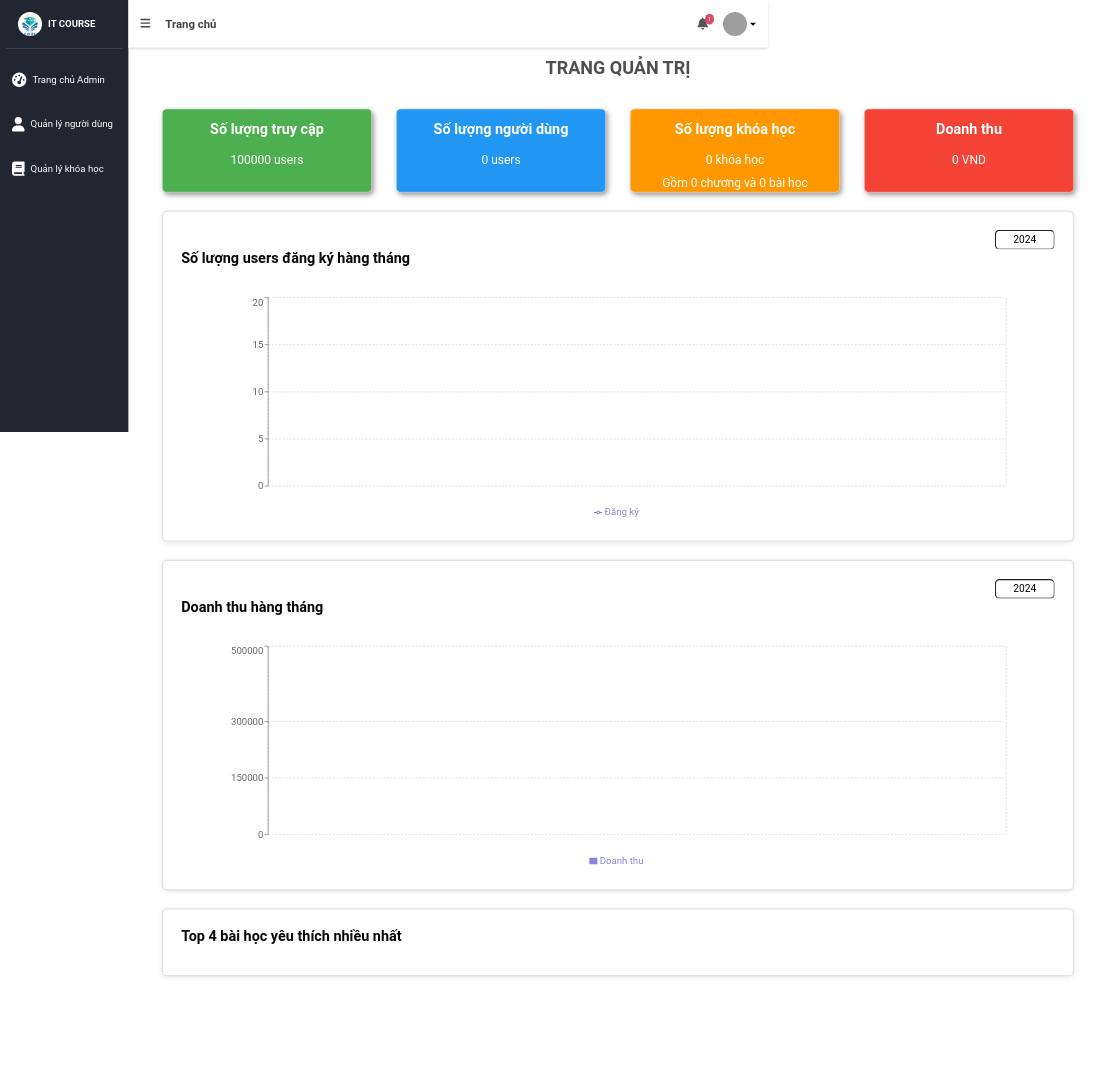
Repository: dungnm3107/CourseReactFE
Page: /admin
These files come from the project's save history. The page is drawn as it stood at one moment and after a run of saves; the edit follows.
The browser window is 1280 px wide. The page is 1840 px wide, so the pictures cover 1840 px, including what lies to the right of the window. The pictures show the whole page, at 60% of full size.
Pictures or frames that could not be fetched are drawn as grey boxes. The page's requests for data from a server got no answer. Some web libraries are served in a nearby version. The project was rebuilt for these pictures with package versions that can differ from the ones it lists, and the page was loaded fresh each time. No one was signed in, and anything a server would have sent is missing. Also part of the build but not shown: vite.config.ts, src/assets/css/course.css, src/components/slide/AdvertBanner.tsx, src/components/course/CardItemFree.tsx, src/components/course/CardList.tsx, src/components/course/CardItem.tsx, src/components/course/CardListPro.tsx, src/components/course/CardListVideo.tsx and 36 more.

Above is the page before, as saved 2024-11-07 23:15:16.

### index.html
<!DOCTYPE html>
<html lang="en">
  <head>
  <!-- Google tag (gtag.js) -->
<!-- <script async src="https://www.googletagmanager.com/gtag/js?id=G-TP6DLB1V9Q"></script> -->
<script>
  window.dataLayer = window.dataLayer || [];
  function gtag(){dataLayer.push(arguments);}
  gtag('js', new Date());

  gtag('config', 'G-TP6DLB1V9Q');
</script>
    <meta charset="UTF-8" />
    <link rel="icon" type="image/svg+xml" href="/vite.svg" />
    <meta name="viewport" content="width=device-width, initial-scale=1.0" />
    <title>Nền tảng khóa học IT</title>
    <link
      href="https://cdn.jsdelivr.net/npm/bootstrap@5.0.2/dist/css/bootstrap.min.css"
      rel="stylesheet"
      integrity="sha384-EVSTQN3/azprG1Anm3QDgpJLIm9Nao0Yz1ztcQTwFspd3yD65VohhpuuCOmLASjC"
      crossorigin="anonymous"
    />
    <!-- MDB -->
    <link
      href="https://cdnjs.cloudflare.com/ajax/libs/mdb-ui-kit/6.4.2/mdb.min.css"
      rel="stylesheet"
    />
    <!-- Icon -->
    <link
      href="https://cdnjs.cloudflare.com/ajax/libs/font-awesome/6.0.0/css/all.min.css"
      rel="stylesheet"
    />
    <link
      rel="stylesheet"
      href="https://cdnjs.cloudflare.com/ajax/libs/font-awesome/5.15.3/css/all.min.css"
    />
    <link
      rel="stylesheet"
      href="https://fonts.googleapis.com/icon?family=Material+Icons"
    />
  </head>
  <body>
    <div id="root"></div>
    <script type="module" src="/src/main.tsx"></script>
    <script
      type="text/javascript"
      src="https://cdnjs.cloudflare.com/ajax/libs/mdb-ui-kit/6.4.2/mdb.min.js"
    ></script>
    <!-- Boostrap -->
    <script
      src="https://cdn.jsdelivr.net/npm/bootstrap@5.0.2/dist/js/bootstrap.bundle.min.js"
      integrity="sha384-MrcW6ZMFYlzcLA8Nl+NtUVF0sA7MsXsP1UyJoMp4YLEuNSfAP+JcXn/tWtIaxVXM"
      crossorigin="anonymous"
    ></script>
  </body>
</html>

### src/App.tsx
import AppRouter from "./navigation/AppRouter";
import { AuthProvider } from "./service/AuthContext";
import { GoogleOAuthProvider } from "@react-oauth/google";
import { GOOGLE_CLIENT_ID } from "./constants/Constants";
import ReactGA from 'react-ga4';
import React from 'react';

const MEASUREMENT_ID = "G-TP6DLB1V9Q";

function App() {
  ReactGA.initialize([
    {
      trackingId: MEASUREMENT_ID
    }
  ])

  React.useEffect(() => {
    ReactGA.send({
      hitType: "pageview",
      page: window.location.pathname
    })
  }, [])

  return (
    <GoogleOAuthProvider clientId={GOOGLE_CLIENT_ID}>
      <AuthProvider>
        <div className="App">
          <AppRouter />
        </div>
      </AuthProvider>
    </GoogleOAuthProvider>
  );
}

export default App;

### src/constants/Constants.ts
export const BASE_API_URL = "http://localhost:8080";
export const GOOGLE_CLIENT_ID= "648756029312-8orvs5q0p7fjdv3pulbe0cc2gkq0eve2.apps.googleusercontent.com"

### src/pages/SignIn/LoginModal.tsx
import React from 'react';
import { Modal, Box, IconButton } from '@mui/material';
import CloseIcon from '@mui/icons-material/Close';
import SignIn from './SignIn';

interface LoginModalProps {
  open: boolean;
  onClose: () => void;
  onSwitchToSignUp: () => void;
  onSuccessfulLogin: () => void;
}

const LoginModal: React.FC<LoginModalProps> = ({ open, onClose, onSwitchToSignUp }) => {
  return (
    <Modal
      open={open}
      onClose={onClose}
      aria-labelledby="login-modal"
      aria-describedby="login-modal-description"
    >
      <Box sx={{
        position: 'absolute',
        top: '50%',
        left: '50%',
        transform: 'translate(-50%, -50%)',
        width: 600,
        height: 800,
        bgcolor: 'background.paper',
        boxShadow: 24,
        p: 4,
        overflow: 'hidden',
      }}>
        <IconButton
          aria-label="close"
          onClick={onClose}
          sx={{
            position: 'absolute',
            right: 8,
            top: 8,
            color: (theme) => theme.palette.grey[500],
          }}
        >
          <CloseIcon />
        </IconButton>
        <SignIn onSwitchToSignUp={onSwitchToSignUp} onSuccessfulLogin={onClose} />
      </Box>
    </Modal>
  );
};

export default LoginModal;

### src/pages/SignUp/SignUpModal.tsx
import React from "react";
import { Modal, Box, IconButton } from "@mui/material";
import CloseIcon from '@mui/icons-material/Close';
import SignUp from "./SignUp";

interface SignUpModalProps {
  open: boolean;
  onClose: () => void;
  onSwitchToLogin: () => void;
}

const SignUpModal: React.FC<SignUpModalProps> = ({
  open,
  onClose,
  onSwitchToLogin,
}) => {
  return (
    <Modal
      open={open}
      onClose={onClose}
      aria-labelledby="signup-modal"
      aria-describedby="signup-modal-description"
    >
      <Box sx={{
        position: "absolute",
        top: "50%",
        left: "50%",
        transform: "translate(-50%, -50%)",
        width: 600,
        height: 800,
        bgcolor: "background.paper",
        boxShadow: 24,
        p: 4,
        overflow: "hidden",
      }}>
        <IconButton
          aria-label="close"
          onClick={onClose}
          sx={{
            position: 'absolute',
            right: 8,
            top: 8,
            color: (theme) => theme.palette.grey[500],
          }}
        >
          <CloseIcon />
        </IconButton>
        <SignUp onSwitchToLogin={onSwitchToLogin} onSuccessfulSignUp={onClose} />
      </Box>
    </Modal>
  );
};

export default SignUpModal;

### src/config/axios.tsx
import axios from 'axios';
import { BASE_API_URL } from '../constants/Constants';

export default axios.create({
  baseURL: BASE_API_URL,
});

### src/components/layout/AdminLayout.tsx
import React, { useState } from "react";
import AdminNavBar from "../navbar/AdminNavBar";
import AdminSideBar from "../sidebar/AdminSideBar";
import "../../assets/css/adminLayout.css";

interface AdminLayoutProps {
  children: React.ReactNode;
  avatar: string | null;
  role: string | null;
}

const AdminLayout: React.FC<AdminLayoutProps> = ({
  children,
  avatar,
  role,
}) => {
  const [isSidebarOpen, setIsSidebarOpen] = useState(true);

  const toggleSidebar = () => {
    setIsSidebarOpen(prev => !prev);
  };

  return (
    <div>
      <AdminNavBar
        avatar={avatar || ""}
        role={role || ""}
        toggleSidebar={toggleSidebar}
        isSidebarOpen={isSidebarOpen}
      />
      <div className="admin-layout-content-wrapper">
        <div className={`admin-layout-sidebar-container ${isSidebarOpen ? 'open' : 'closed'}`}>
          <AdminSideBar isOpen={isSidebarOpen} toggleSidebar={toggleSidebar} />
        </div>
        <main className={`admin-content ${isSidebarOpen ? '' : 'collapsed'}`}>
          {children}
        </main>
      </div>
    </div>
  );
};
export default AdminLayout;

### src/assets/css/dashboard.css
.content h1 {
  margin-top: 15px;
  font-size: 30px;
  margin-left:20px;
  text-align: center;
  margin-bottom: 50px;
}
.db-container-content{
  margin-right: 50px;
}

.dashboard-cards {
  display: flex;
  justify-content: space-between;
  gap: 20px;
  margin-top: 20px;
}

.admin-card {
  width: 350px;
  height: 140px;
  border-radius:8px;
  box-shadow: 3px 4px 8px rgba(55, 52, 52, 0.5);
  padding: 20px;
  transition: box-shadow 0.3s, transform 0.3s;
  color: white;
  background-color: #4CAF50;
  margin-left: 20px;
  text-align: center;
  border: 1px solid #e7d8d8;
}

.admin-card h2, .admin-card p {
  color: white;
}
.admin-card p{
  font-size: 20px;
}

.admin-card:hover {
  box-shadow: 0 6px 12px rgba(0, 0, 0, 0.3);
  transform: translateY(-5px);
}

.chart-container {
  background-color: #fff;
  border-radius: 8px;
  box-shadow: 0 2px 10px rgba(0, 0, 0, 0.1);
  padding: 30px;
  margin-top: 30px;
  margin-left:20px;
  margin-bottom:30px;
  border: 2px solid #e0e0e0;

}


.date-picker-container {
  top: 50px;
  right: 20px;
  text-align: right;
}
.react-datepicker__input-container input {
  text-align: center;
  width: 100%;
  border-radius: 8px;
  width: 100px;
  font-size: 17px;

}
.chart-container h2 {
  margin-bottom: 20px;

}

.recharts-wrapper {
  margin-left: 80px;
}

.favorite-lessons-grid {
  display: flex;
  flex-wrap: wrap;
  justify-content: space-between; /* Align items in a row */
  margin-top: 20px;
}

.favorite-lesson-card {
  width: 23%; /* Adjust width to fit 4 items in a row */
  margin-bottom: 20px;
  cursor: pointer; /* Change cursor to pointer for clickable items */
  text-align: center; /* Center align text */
}

.video-thumbnail {
  width: 100%; /* Make video responsive */
  height: auto; /* Maintain aspect ratio */
  border-radius: 8px; /* Rounded corners */
}

.video-title {
  margin-top: 10px; /* Space between video and title */
  font-size: 16px; /* Adjust title font size */
  color: #333; /* Title color */
}

### src/assets/css/chapterManagement.css
.container-content {
  width: 100%;
  text-align: center;
  margin-top: 20px;
  padding: 0 20px;
  box-sizing: border-box;
}

h1 {
  font-size: 34px;
  font-weight: bold;
  margin-bottom: 20px;

}

.chapter-table-container {
  overflow-x: auto;
  background-color: white;
  border-radius: 4px;
  box-shadow: 0 1px 3px rgba(0, 0, 0, 0.2);
  margin-right: 30px;
}

.chapter-table {
  width: 100%;
  border-collapse: collapse;
  background-color: white;
  border: 1px solid #ddd;
}

.chapter-table th {
  background-color: #d7d5d5;
  padding: 12px 15px;
  text-align: center;
  border-bottom: 2px solid #ddd;
  border-right: 1px solid #ddd;
  white-space: nowrap;
  font-weight: bold;
  color: #333;
}

.chapter-table td {
  padding: 12px 15px;
  border-bottom: 1px solid #ddd;
  border-right: 1px solid #ddd;
  vertical-align: middle;
  text-align: center;
}

.col-id {
  width: 5%;
  min-width: 50px;
}

.col-title {
  width: 20%;
  min-width: 150px;
}

.col-desc {
  width: 35%;
  min-width: 200px;
}

.col-sequence {
  width: 10%;
  min-width: 80px;
}

.col-lessons {
  width: 10%;
  min-width: 70px;
}

.col-actions {
  width: 20%;
  min-width: 120px;
}

.action-buttons {
  display: flex;
  gap: 5px;
  flex-wrap: wrap;
  justify-content: center;
}

.chapter-table tbody tr:hover {
  background-color: #f8f8f8;
}

.chapter-button-container {
  display: flex;
  justify-content: flex-end;
  margin-top: 30px;
  margin-right: 30px;
  margin-bottom: 20px;
}

button {
  padding: 10px 20px;
  background-color: #007bff;
  color: white;
  border: none;
  border-radius: 5px;
  cursor: pointer;
}

button:hover {
  background-color: #0056b3;
}

### src/assets/css/lessonManagement.css
.container-content {
  width: 100%;
  text-align: center;
  margin-top: 20px;
  padding: 0 20px;
  box-sizing: border-box;
}

h1 {
  font-size: 34px;
  font-weight: bold;
  margin-bottom: 20px;
}

.lesson-table-container {
  overflow-x: auto;
  background-color: white;
  border-radius: 4px;
  box-shadow: 0 1px 3px rgba(0, 0, 0, 0.2);
  margin-right: 30px;
}

.lesson-table {
  width: 100%;
  border-collapse: collapse;
  background-color: white;
  border: 1px solid #ddd;

}

.lesson-table th {
  background-color: #d7d5d5;
  padding: 12px 15px;
  text-align: center;
  border-bottom: 2px solid #ddd;
  border-right: 1px solid #ddd;
  white-space: nowrap;
  font-weight: bold;
  color: #333;
}
.lesson-table th:last-child {
  border-right: none;
}
.lesson-table td {
  padding: 12px 15px;
  border-bottom: 1px solid #ddd;
  border-right: 1px solid #ddd;
  vertical-align: middle;
  text-align: center;
}

.col-id {
  width: 5%;
  min-width: 50px;
}

.col-title {
  width: 20%;
  min-width: 150px;
}

.col-content {
  width: 35%;
  min-width: 200px;
}

.col-sequence {
  width: 10%;
  min-width: 80px;
}

.col-video {
  width: 10%;
  min-width: 70px;
}

.col-actions {
  width: 20%;
  min-width: 120px;
}

.action-buttons {
  display: flex;
  gap: 5px;
  flex-wrap: wrap;
  justify-content: center;
}

.lesson-table tbody tr:hover {
  background-color: #f8f8f8;
}

.button-container {
  display: flex;
  justify-content: flex-end;
  margin-top: 30px;
  margin-right: 30px;
  margin-bottom: 20px;
}

button {
  padding: 10px 20px;
  background-color: #007bff;
  color: white;
  border: none;
  border-radius: 5px;
  cursor: pointer;
}

button:hover {
  background-color: #0056b3;
}

### src/assets/css/checkout.css

/* Đặt khung chứa của checkout giữa màn hình và có kích thước cố định */
.checkout-container {
  max-width: 600px;
  margin: 50px auto;
  padding: 20px;
  background-color: #7ab1b8;
  border-radius: 10px;
  border: 1px solid #e0e0e0;
  box-shadow: 0px 4px 10px rgba(0, 0, 0, 0.5);
  text-align: center;

}

/* Định dạng tiêu đề */
h2 {
  color: #070707;
  margin-bottom: 20px;
  font-size: 24px;
  font-weight: bold;
}

/* Căn chỉnh các phần chi tiết */
.checkout-details {
  display: flex;
  flex-direction: column;
  gap: 20px;
}

.course-details,
.user-details,
.order-summary {
  text-align: left;
  background-color: #beecdf;
  padding: 15px;
  border-radius: 8px;
  border: 1px solid #e0e0e0;
}

.course-details h3,
.user-details h3,
.order-summary h3 {
  margin-bottom: 10px;
  font-size: 18px;
  color: #555;
  font-weight: bold;

}

/* Định dạng phần văn bản */
p {
  color: #666;
  margin: 5px 0;
}

/* Nút thanh toán */
button {
  background-color: #007bff;
  color: white;
  padding: 12px 20px;
  border: none;
  border-radius: 10px;
  font-size: 16px;
  cursor: pointer;
}

button:hover {
  background-color: #0056b3;
}

.btn.btn-primary {
  padding: 8px 16px;
  text-transform: none;
  font-size: 18px;
}


/* Đảm bảo phần nội dung không bị kéo dài ở các thiết bị nhỏ */
@media screen and (max-width: 600px) {
  .checkout-container {
    width: 90%;
    margin: 30px auto;
  }

  button {
    width: 100%;
    padding: 15px;
  }
}

### src/assets/css/paymentSuccess.css
.payment-success {
    display: flex;
    flex-direction: column;
    align-items: center;
    justify-content: center;
    height: 100vh;
    text-align: center;
    background-color: #f9f9f9;
    font-family: Arial, sans-serif;
}

.checkmark-circle-nmd {
    width: 80px;
    height: 80px;
    background-color: #4caf50; /* Green background */
    border-radius: 50%;
    display: flex;
    align-items: center;
    justify-content: center;
    margin-bottom: 20px;
}

.checkmark {
    font-size: 40px;
    color: white; /* White checkmark */
}

h1 {
    font-size: 24px;
    margin-bottom: 20px;
}

p {
    color: #333;
    font-size: 16px;
    max-width: 600px;
}

### src/assets/css/paymentFailed.css
.payment-failed {
    display: flex;
    flex-direction: column;
    align-items: center;
    justify-content: center;
    height: 100vh;
    text-align: center;
    background-color: #f9f9f9;
    font-family: Arial, sans-serif;
}

.crossmark-circle {
    width: 80px;
    height: 80px;
    background-color: #f44336; /* Red background */
    border-radius: 50%;
    display: flex;
    align-items: center;
    justify-content: center;
    margin-bottom: 20px;
}

.crossmark {
    font-size: 40px;
    color: white; /* White crossmark */
}

h1 {
    font-size: 24px;
    margin-bottom: 20px;
}

p {
    color: #333;
    font-size: 16px;
    max-width: 600px;
}

p strong {
    color: #f44336; /* Red for the error message explanation */
}

### src/assets/css/cardListVideo.css
.video-card-container{
    background-color: #fff;
    border-radius: 8px;
    box-shadow: 0 2px 10px rgba(0, 0, 0, 0.1);
    padding: 30px;
    margin-top: 30px;

    margin-bottom:30px;
    border: 2px solid #e0e0e0;
}

.video-lessons-grid {
    display: grid;
    grid-template-columns: repeat(auto-fill, minmax(300px, 1fr));
    gap: 40px;
  }

  .video-lesson-card {
    background: white;
    border-radius: 8px;
    overflow: hidden;
    box-shadow: 0 2px 4px rgba(0,0,0,0.3);
    cursor: pointer;
    transition: transform 0.2s;
  }

  .video-lesson-card:hover {
    transform: translateY(-5px);
  }

  .video-thumbnail {
    width: 100%;
    height: 200px;
    object-fit: cover;
  }

  .video-title {
    padding: 10px;
    margin: 0;
    font-size: 1rem;
    text-align: center;
  }

  .chart-container {
    background: white;
    border-radius: 8px;
    padding: 20px;
    margin: 20px 0;
    box-shadow: 0 2px 4px rgba(0,0,0,0.1);
  }

### src/hooks/useLogout.ts
import { useNavigate } from "react-router-dom";
import { useAuth } from "../service/AuthContext";

export function useLogout() {
  const navigate = useNavigate();
  const { setIsLoggedIn } = useAuth();

  const logout = () => {
    localStorage.removeItem('token');
    localStorage.removeItem('cart');
    setIsLoggedIn(false);
    navigate('/');
  };

  return logout;
}

### src/components/sidebar/AdminSideBar.tsx
import React from "react";
import { Link } from "react-router-dom";
import { FontAwesomeIcon } from '@fortawesome/react-fontawesome';
import { faTachometerAlt, faUser, faBook } from '@fortawesome/free-solid-svg-icons';
import logo from "../../assets/images/logoCourse.png";
import "../../assets/css/adminSideBar.css";

interface AdminSideBarProps {
  isOpen: boolean;
  toggleSidebar: () => void;
}

const AdminSideBar: React.FC<AdminSideBarProps> = ({ isOpen, toggleSidebar }) => {
  return (
    <div className={`admin-sidebar-container ${isOpen ? 'open' : 'closed'}`}>
      <div className="admin-sidebar-content">
        <div className="logo-section">
          <img src={logo} alt="IT COURSE Logo" className="sidebar-logo" />
          <span className="logo-text">IT COURSE</span>
        </div>
        <div className="sidebar-divider"></div>
        <Link to="/admin" className="admin-box">
          <FontAwesomeIcon icon={faTachometerAlt} className="sidebar-icon" />
          <span>Trang chủ Admin</span>
        </Link>
        <Link to="/admin/users" className="admin-box">
          <FontAwesomeIcon icon={faUser} className="sidebar-icon" />
          <span>Quản lý người dùng</span>
        </Link>
        <Link to="/admin/courses" className="admin-box">
          <FontAwesomeIcon icon={faBook} className="sidebar-icon" />
          <span>Quản lý khóa học</span>
        </Link>
      </div>
    </div>
  );
};

export default AdminSideBar;

### src/assets/css/adminLayout.css
.admin-layout-content-wrapper {
    display: flex; /* Sử dụng flexbox để sắp xếp sidebar và nội dung chính */
    height: 100vh; /* Đặt chiều cao cho wrapper */
    transition: margin-left 0.3s;
}

.admin-layout-sidebar-container {
    background-color: rgb(34, 38, 49);
    color: white;
    position: fixed;
    height: 100%;
    overflow-y: auto;
    top: 0;
    transition: transform 0.3s ease;
    width: 214px;
}

.admin-content {
    flex: 1;
    transition: margin-left 0.3s;
}

.admin-layout-sidebar-container.open + .admin-content {
    margin-left: 250px;
}

.admin-layout-sidebar-container.closed {
    transform: translateX(-100%);
}

.admin-layout-sidebar-container.open {
    transform: translateX(0);
}

### src/assets/css/adminNarBar.css

.admin-navbar {
  background-color: #fff;
  border-bottom: 1px solid #e8ebed;
  margin-left: 215px;
  box-shadow: 0 2px 5px rgba(0, 0, 0, 0.2);
}

.admin-container-fluid {
  display: flex;
  justify-content: space-between;
  padding: 0 20px;
}

.admin-navbar-toggler {
  border: none;
  background: transparent;
}

.admin-navbar-nav {
  display: flex;
  align-items: center;
  height: 100%;
  margin: 0; /* Remove default margin */
  padding: 0; /* Remove default padding */
}

.admin-nav-item {
  list-style: none;
}

.admin-nav-link {
  color: #444;
  text-decoration: none;
  font-weight: bold;
  padding:0%
}

.admin-nav-link:hover {
  color: #007bff;
}

.admin-nav-actions {
  display: flex;
  align-items: center;
  gap: 25px;
}

.admin-notification-dropdown {
  position: relative;
}

.admin-notification-link {
  color: #555;
  position: relative;
  font-size: 20px;
}

.admin-notification-badge {
  position: absolute;
  top: -5px;
  right: -10px;
  font-size: 10px;
  padding: 1px 5px;
  border-radius: 50%;
  color: #fff;
}

.admin-avatar-dropdown {
  position: relative;
}


.admin-avatar-dropdown .dropdown-toggle {
  color: #000;
}

.admin-coll{
    margin-top:20px;
    font-size: 19px;
}

### src/assets/css/adminSideBar.css
.admin-sidebar-container {
  height: 100%;
  display: flex;
  flex-direction: column;
  transition: transform 0.3s ease;
}

.admin-sidebar-container.closed {
  transform: translateX(-100%);
}

.admin-sidebar-container.open {
  transform: translateX(0);
}

.admin-sidebar-content {
  margin-top: 10px;
  padding: 10px;
}

.admin-box {
  display: flex;
  align-items: center; /* Căn giữa theo chiều dọc */
  color: white;
  text-decoration: none;
  margin-bottom: 25px;
  margin-top: 30px;
  padding: 12px 15px;
  padding: 10px;
  border-radius: 5px;
  transition: background-color 0.3s;
  text-align: left; /* Căn lề trái cho văn bản */
}

.admin-box:hover {
  background-color: rgba(255, 255, 255, 0.1);
}

.sidebar-icon {
  margin-right: 10px;
  font-size: 24px;
  color: white;
}

/* Đảm bảo chữ thẳng hàng */
.admin-box span {
  display: flex;
  align-items: center;
  height: 100%;
  line-height: 20px;
  flex-grow: 1;
  margin-top:10px;
  margin: 0;
}

.logo-section {
  display: flex;
  align-items: center;
  margin-bottom: 20px;
}

.sidebar-logo {
  width: 40px;
  height: 40px;
  border-radius: 50%;
  margin-right: 10px;
  margin-left:20px;
}

.logo-text {
  color: white;
  font-weight: bold;
}
.sidebar-divider {
  height: 1px;
  background-color: rgba(255, 255, 255, 0.2);
  margin: 10px 0;
}

Loaded but not shown: src/main.tsx (common file); src/pages/Admin/Dashboard.tsx (364 lines, source omitted); src/navigation/AppRouter.tsx (85 lines, source omitted); src/components/navbar/AdminNavBar.tsx (118 lines, source omitted); src/assets/css/courseManagement.css (213 lines, source omitted); src/assets/css/userManagement.css (171 lines, source omitted); src/service/AuthContext.tsx (83 lines, source omitted)

After the next 2 saves:
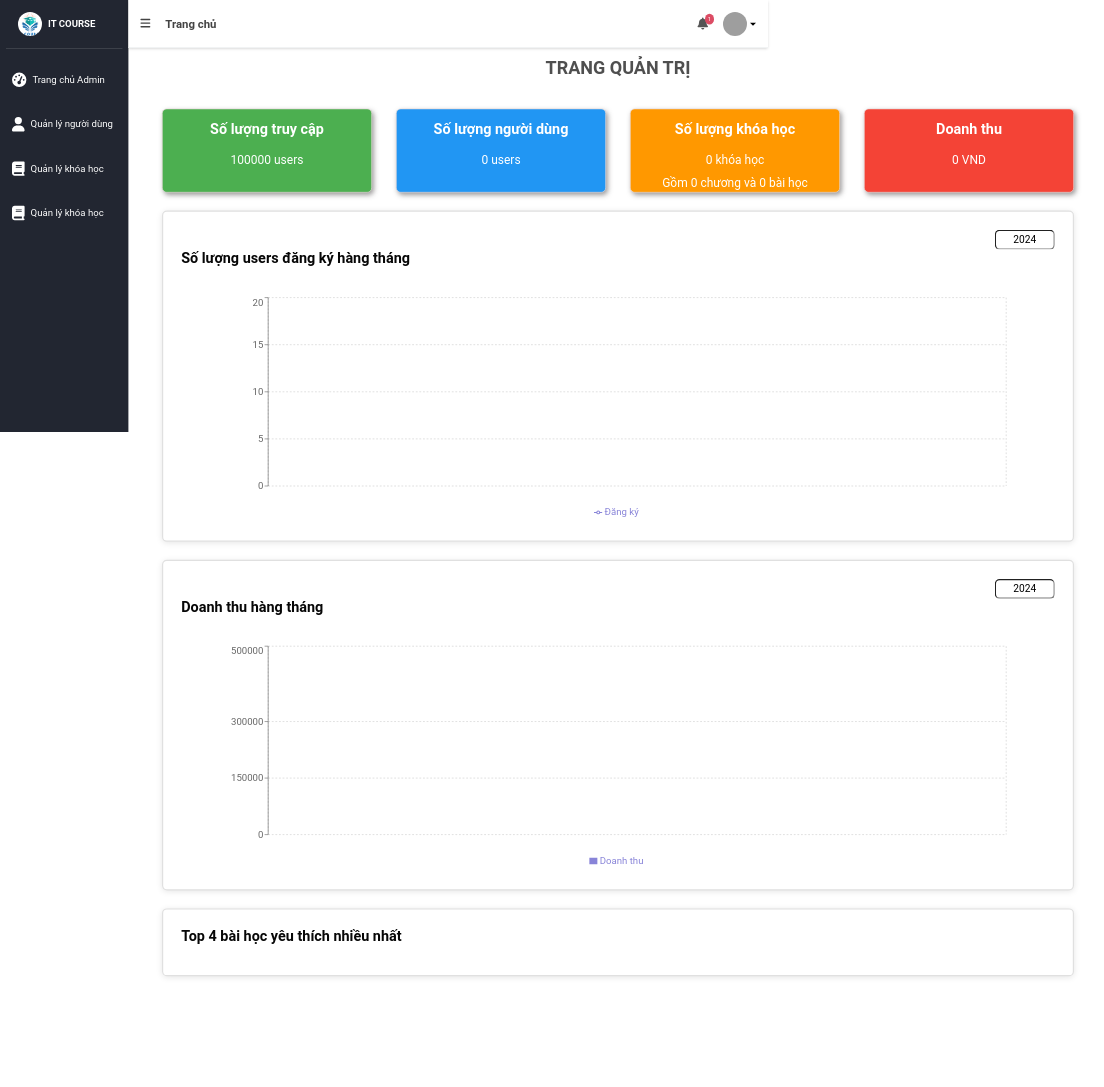
The 2 saves are shown as one change because they came seconds apart.
The last was saved 9 min 35 s later.
--- a/src/components/sidebar/AdminSideBar.tsx
+++ b/src/components/sidebar/AdminSideBar.tsx
@@ -31,6 +31,10 @@
           <FontAwesomeIcon icon={faBook} className="sidebar-icon" />
           <span>Quản lý khóa học</span>
         </Link>
+        <Link to="/admin/courses" className="admin-box">
+          <FontAwesomeIcon icon={faBook} className="sidebar-icon" />
+          <span>Quản lý khóa học</span>
+        </Link>
       </div>
     </div>
   );
